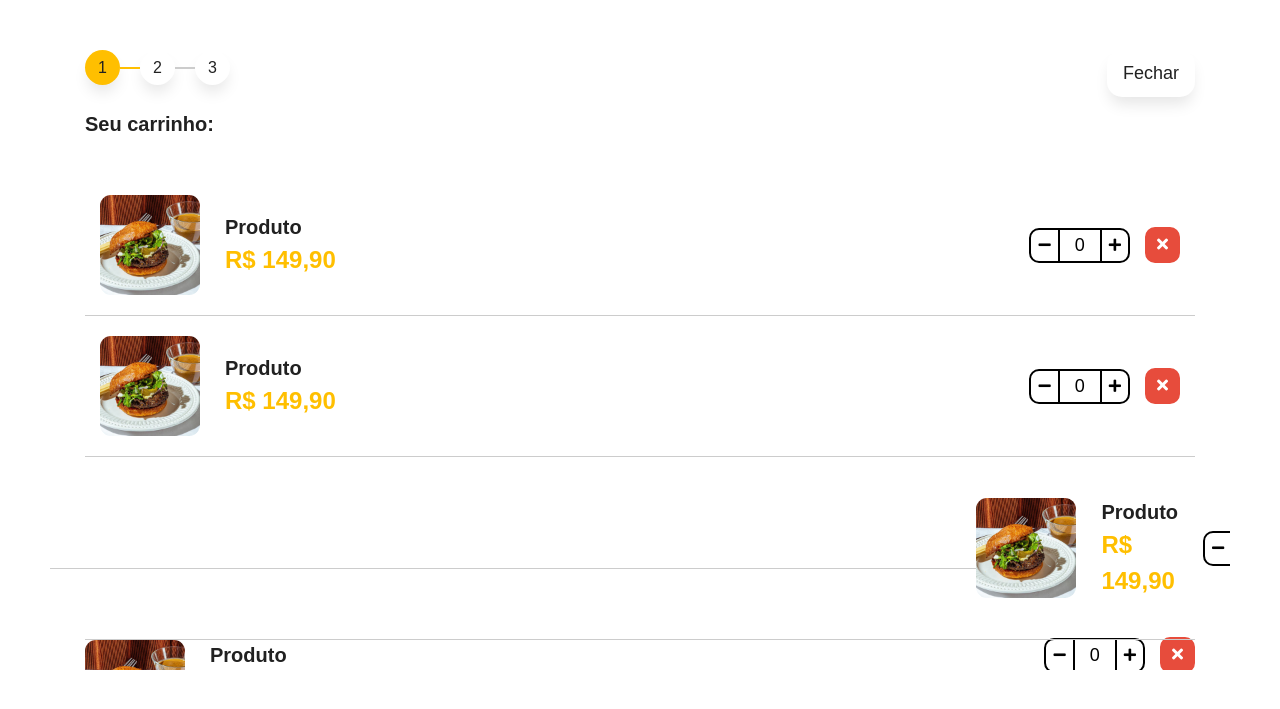
Repository: darkness318/restaraunt
Page: index.html
The author's editor kept a copy of each file at every save. The page is drawn from the files as they stood at one save, then again after the next save.
The browser window is 1280 px wide. The pictures show the window.
A layer covers the whole window, so only the first screen is drawn. An inner scrolling area shows only its first screen.

Above is the page before, as saved 2024-10-01 10:36:10.

### index.html
<!DOCTYPE html>
<html lang="pt-br">
  <head>
    <meta charset="UTF-8" />
    <meta name="viewport" content="width=device-width, initial-scale=1.0" />
    <title>Restaurente - Seja bem vindo!</title>
    <link rel="stylesheet" href="./css/bootstrap.min.css" />
    <link rel="stylesheet" href="./css/fontawesome.css" />
    <link rel="stylesheet" href="./css/main.css" />
  </head>

  <body>
    <section class="header">
      <div class="container">
        <nav class="navbar navbar-expand-lg pl-0 pr-0">
          <a class="navbar-brand" href="#">
            <img src="./img/logo.png" width="160" class="img-logo" />
          </a>
          <button
            class="navbar-toggler"
            type="button"
            data-toggle="collapse"
            data-target="#navbarNavDropdown"
          >
            <span class="navbar-toggler-icon">
              <i class="fas fa-bars"></i>
            </span>
          </button>
          <div class="collapse navbar-collapse" id="navbarNavDropdown">
            <ul class="navbar-nav ml-auto mr-auto">
              <li class="nav-item">
                <a href="#reservas" class="nav-link"><b>Reservas</b></a>
              </li>
              <li class="nav-item">
                <a href="#servicos" class="nav-link"><b>Serviços</b></a>
              </li>
              <li class="nav-item">
                <a href="#cardapio" class="nav-link"><b>Cardápio</b></a>
              </li>
              <li class="nav-item">
                <a href="#depoimentos" class="nav-link"><b>Depoimentos</b></a>
              </li>
            </ul>
            <a class="btn btn-white btn-icon">
              Meu carrinho
              <span class="icon">
                <i class="fa fa-shopping-bag"></i>
              </span>
            </a>
          </div>
        </nav>
      </div>
    </section>

    <section class="banner">
      <div class="container">
        <div class="row">
          <div class="col-6">
            <div class="d-flex text-banner">
              <h1>
                <b>Escolha sua comida <b class="color-primary">favorita.</b></b>
              </h1>
              <p>
                Aproveite nosso cardápio! Escolha o que desejar e receba em sua
                casa de forma rápida e segura.
              </p>
              <div>
                <a class="btn btn-yellow mt-4 mr-3"> Ver Cardápio </a>
                <a href="#" class="btn btn-white btn-icon-left mt-4">
                  <span class="icon-left">
                    <i class="fa fa-phone"></i>
                  </span>
                  (66) 9 9999-8888
                </a>
              </div>
            </div>
            <a class="btn btn-sm btn-white btn-social mt-4 mr-3">
              <i class="fab fa-instagram"></i>
            </a>
            <a class="btn btn-sm btn-white btn-social mt-4 mr-3">
              <i class="fab fa-facebook-f"></i>
            </a>
            <a class="btn btn-sm btn-white btn-social mt-4">
              <i class="fab fa-whatsapp"></i>
            </a>
          </div>
          <div class="col-6">
            <div class="card-banner"></div>
            <div class="d-flex img-banner">
              <img src="./img/burguer.png" />
            </div>
            <div class="card card-case">
              "Entrega rápida e funcionários simpáticos.
              <br />A comida chegou quente e <br />
              muito saborosa!"
              <span class="card-case-name">
                <b>Thiago Lopes</b>
              </span>
            </div>
          </div>
        </div>
      </div>
    </section>
    <section class="servicos" id="servicos">
      <div class="background-servicos"></div>

      <div class="container">
        <div class="class row">
          <div class="col-12 text-center mb-5">
            <span class="hint-title"><b>Serviços</b></span>
            <h1 class="title">
              <b>Como são nossos serviços?</b>
            </h1>
          </div>

          <div class="col-4 mb-5">
            <div class="card-icon text-center">
              <img src="./img/icone-pedido.svg" width="150 " />
            </div>

            <div class="card-text text-center mt-3">
              <p><b>Fácil de pedir</b></p>
              <span>
                Você só precisa de alguns passos para pedir sua comida.
              </span>
            </div>
          </div>

          <div class="col-4 mb-5">
            <div class="card-icon text-center">
              <img src="./img/icone-delivery.svg" width="250 " />
            </div>

            <div class="card-text text-center mt-3">
              <p><b>Entrega Rápida</b></p>
              <span> Nossa entrega é sempre pontual, rápida e segura. </span>
            </div>
          </div>

          <div class="col-4 mb-5">
            <div class="card-icon text-center">
              <img src="./img/icone-qualidade.svg" width="250 " />
            </div>

            <div class="card-text text-center mt-3">
              <p><b>Melhor qualidade</b></p>
              <span>
                Não só a rapidez na entrega, a qualidade também é o nosso forte.
              </span>
            </div>
          </div>
        </div>
      </div>
    </section>
    <section class="cardapio" id="cardapio">
      <div class="background-cardapio"></div>

      <div class="container">
        <div class="row">
          <div class="col-12 text-center mb-5">
            <span class="hint-title"><b>Cardápio</b></span>
            <h1 class="title">
              <b>Conheça o nosso Cardápio</b>
            </h1>
          </div>

          <div class="col-12 container-menu">
            <a class="btn btn-white btn-sm mr-3">
              <i class="fas fa-hamburger"></i>&nbsp;Burgers
            </a>
            <a class="btn btn-white btn-sm mr-3">
              <i class="fas fa-pizza-slice"></i>&nbsp;Pizzas
            </a>
            <a class="btn btn-white btn-sm mr-3">
              <i class="fas fa-drumstick-bite"></i>&nbsp;Churrasco
            </a>
            <a class="btn btn-white btn-sm mr-3">
              <i class="fas fa-bacon"></i>&nbsp;Steaks
            </a>
            <a class="btn btn-white btn-sm mr-3">
              <i class="fas fa-cocktail"></i>&nbsp;Bebidas
            </a>
            <a class="btn btn-white btn-sm mr-3">
              <i class="fas fa-ice-cream"></i>&nbsp;Sobremesas
            </a>
          </div>

          <div class="col-12">
            <div class="row" id="itensCardapio">
              <div class="col-3 mb-5">
                <div class="card card-item">
                  <div class="img-produto">
                    <img
                      src="./img/cardapio/burguers/burger-au-poivre-kit-4-pack.3ca0e39b02db753304cd185638dad518.jpg"
                    />
                  </div>
                  <p class="title-produto text-center mt-4">
                    <b>Nome do produto muito grande</b>
                  </p>
                  <p class="price-produto text-center">
                    <b>R$ 154,90</b>
                  </p>

                  <div class="add-carrinho">
                    <span class="btn-menos"><i class="fas fa-minus"></i></span>
                    <span class="btn-numero-itens">0</span>
                    <span class="btn-mais"><i class="fas fa-plus"></i></span>
                    <span class="btn btn-add"
                      ><i class="fa fa-shopping-bag"></i
                    ></span>
                  </div>
                </div>
              </div>

              <div class="col-3 mb-5">
                <div class="card card-item">
                  <div class="img-produto">
                    <img
                      src="./img/cardapio/burguers/burger-au-poivre-kit-4-pack.3ca0e39b02db753304cd185638dad518.jpg"
                    />
                  </div>
                  <p class="title-produto text-center mt-4">
                    <b>Nome do produto muito grande</b>
                  </p>
                  <p class="price-produto text-center">
                    <b>R$ 154,90</b>
                  </p>

                  <div class="add-carrinho">
                    <span class="btn-menos"><i class="fas fa-minus"></i></span>
                    <span class="btn-numero-itens">0</span>
                    <span class="btn-mais"><i class="fas fa-plus"></i></span>
                    <span class="btn btn-add"
                      ><i class="fa fa-shopping-bag"></i
                    ></span>
                  </div>
                </div>
              </div>

              <div class="col-3 mb-5">
                <div class="card card-item">
                  <div class="img-produto">
                    <img
                      src="./img/cardapio/burguers/burger-au-poivre-kit-4-pack.3ca0e39b02db753304cd185638dad518.jpg"
                    />
                  </div>
                  <p class="title-produto text-center mt-4">
                    <b>Nome do produto muito grande</b>
                  </p>
                  <p class="price-produto text-center">
                    <b>R$ 154,90</b>
                  </p>

                  <div class="add-carrinho">
                    <span class="btn-menos"><i class="fas fa-minus"></i></span>
                    <span class="btn-numero-itens">0</span>
                    <span class="btn-mais"><i class="fas fa-plus"></i></span>
                    <span class="btn btn-add"
                      ><i class="fa fa-shopping-bag"></i
                    ></span>
                  </div>
                </div>
              </div>

              <div class="col-3 mb-5">
                <div class="card card-item">
                  <div class="img-produto">
                    <img
                      src="./img/cardapio/burguers/burger-au-poivre-kit-4-pack.3ca0e39b02db753304cd185638dad518.jpg"
                    />
                  </div>
                  <p class="title-produto text-center mt-4">
                    <b>Nome do produto muito grande</b>
                  </p>
                  <p class="price-produto text-center">
                    <b>R$ 154,90</b>
                  </p>

                  <div class="add-carrinho">
                    <span class="btn-menos"><i class="fas fa-minus"></i></span>
                    <span class="btn-numero-itens">0</span>
                    <span class="btn-mais"><i class="fas fa-plus"></i></span>
                    <span class="btn btn-add"
                      ><i class="fa fa-shopping-bag"></i
                    ></span>
                  </div>
                </div>
              </div>
            </div>
          </div>
          <div class="col-12 text-center">
            <a class="btn btn-white btn-sm">Ver mais</a>
          </div>
        </div>
      </div>
    </section>
    <section class="depoimentos" id="depoimentos">
      <div class="background-depoimentos"></div>
      <div class="container">
        <div class="row">
          <div class="col-5 text-center">
            <div class="card-depoimentos"></div>
            <div class="d-flex img-banner">
              <img src="./img/pizzas.png" />
            </div>
          </div>

          <div class="col-7">
            <span class="hint-title"><b>Depoimentos</b></span>
            <h1 class="title">
              <b>O que dizem sobre nós</b>
            </h1>
            <div class="mb-5">
              <div class="depoimento" id="depoimento-1">
                <div class="container-dados-depoimento">
                  <div class="imagem-depoimento"></div>
                  <div>
                    <p class="nome-depoimento"><b>Diego Pereira</b></p>
                    <p class="nota-depoimento">
                      <i class="fas fa-star"></i>
                      <i class="fas fa-star"></i>
                      <i class="fas fa-star"></i>
                      <i class="fas fa-star"></i>
                      <i class="fas fa-star-half-alt"></i>&nbsp;
                      <span>4.5</span>
                    </p>
                  </div>
                </div>
                <p class="texto-depoimento">
                  <i class="fas fa-quote-left"></i>
                  <span>
                    Muito bom, recomendo demais! Comida muito bem feita pelo
                    chefe, atendimento dentro dos parâmetros e boa comunicação
                    com o cliente.
                  </span>
                  <i class="fas fa-quote-right"></i>
                </p>
              </div>

              <div class="depoimento hidden" id="depoimento-2">
                <div class="container-dados-depoimento">
                  <div class="imagem-depoimento"></div>
                  <div>
                    <p class="nome-depoimento"><b>Ana Beatriz</b></p>
                    <p class="nota-depoimento">
                      <i class="fas fa-star"></i>
                      <i class="fas fa-star"></i>
                      <i class="fas fa-star"></i>
                      <i class="fas fa-star"></i>
                      <i class="fas fa-star"></i>&nbsp; <span>5.0</span>
                    </p>
                  </div>
                </div>
                <p class="texto-depoimento">
                  <i class="fas fa-quote-left"></i>
                  <span>
                    Um jantar perfeito do começo ao fim. Comida, experiência,
                    serviço... foi tão maravilhoso que fomos dois dias seguidos
                    - fato inédito para mim em uma viagem.
                  </span>
                  <i class="fas fa-quote-right"></i>
                </p>
              </div>

              <div class="depoimento hidden" id="depoimento-3">
                <div class="container-dados-depoimento">
                  <div class="imagem-depoimento"></div>
                  <div>
                    <p class="nome-depoimento"><b>João Guilherme</b></p>
                    <p class="nota-depoimento">
                      <i class="fas fa-star"></i>
                      <i class="fas fa-star"></i>
                      <i class="fas fa-star"></i>
                      <i class="fas fa-star"></i>
                      <i class="far fa-star"></i>&nbsp; <span>4.0</span>
                    </p>
                  </div>
                </div>
                <p class="texto-depoimento">
                  <i class="fas fa-quote-left"></i>
                  <span>
                    A comida estava excelente e o serviço gentil nos
                    surpreendeu! Dica: reserve umas 3 horas para ter uma
                    experiência incrível.
                  </span>
                  <i class="fas fa-quote-right"></i>
                </p>
              </div>
            </div>

            <a class="btn btn-sm btn-white btn-social mr-3 active">1</a>
            <a class="btn btn-sm btn-white btn-social mr-3">2</a>
            <a class="btn btn-sm btn-white btn-social">3</a>
          </div>
        </div>
      </div>
    </section>
    <section class="reserva" id="reserva">
      <div class="container">
        <div class="row">
          <div class="col-12">
            <div class="card-secondary">
              <div class="row">
                <div class="col-7">
                  <span class="hint-title"><b>Reserva</b></span>
                  <h1 class="title">
                    <b>Quer reservar um horário?</b>
                  </h1>
                  <p class="pr-5">
                    Mande uma mensagem clicando no botão abaixo
                    <br />
                    Reserve sua data e horário de forma simples e rápida.
                  </p>
                  <a class="btn btn-yellow mt-4"> Fazer reserva </a>
                </div>

                <div class="col-5">
                  <div class="card-reserva"></div>
                  <div class="d-flex img-banner">
                    <img src="./img/icone-reserva.svg" />
                  </div>
                </div>
              </div>
            </div>
          </div>
        </div>
      </div>
    </section>

    <section class="footer">
      <div class="container">
        <div class="row">
          <div class="col-3 container-logo-footer">
            <img class="logo-footer" src="./img/logo.png" />
          </div>

          <div class="col-6 container-texto-footer">
            <p class="mb-0">
              <b>Menu On-line</b> &copy; Todos os direitos reservados
            </p>
          </div>

          <div class="col-3 container-redes-footer">
            <a class="btn btn-sm btn-white btn-social mr-3">
              <i class="fab fa-instagram"></i>
            </a>
            <a class="btn btn-sm btn-white btn-social mr-3">
              <i class="fab fa-facebook-f"></i>
            </a>
            <a class="btn btn-sm btn-white btn-social">
              <i class="fab fa-whatsapp"></i>
            </a>
          </div>
        </div>
      </div>
    </section>

    <div class="modal-full" id="modalCarrinho">
      <div class="m-header">
        <div class="container">
          <a class="btn btn-white btn-sm float-right"> Fechar </a>

          <div class="etapas">
            <div class="etapa etapa1 active">1</div>
            <div class="etapa etapa2">2</div>
            <div class="etapa etapa3">3</div>
          </div>
          <p class="title-carrinho mt-4">
            <b id="lblTituloEtapa">Seu carrinho:</b>
          </p>
        </div>
      </div>

      <div class="m-body">
        <div class="container">
          <div id="itensCarrinho" class="row mr-0 ml-0">
            <div class="col-12 item-carrinho">
              <div class="img-produto">
                <img
                  src="./img/cardapio/burguers/burger-au-poivre-kit-4-pack.3ca0e39b02db753304cd185638dad518.jpg"
                />
              </div>
              <div class="dados-produto">
                <p class="title-produto"><b>Produto</b></p>
                <p class="price-produto"><b>R$ 149,90</b></p>
              </div>
              <div class="add-carrinho">
                <span class="btn-menos"><i class="fas fa-minus"></i></span>
                <span class="btn-numero-itens">0</span>
                <span class="btn-mais"><i class="fas fa-plus"></i></span>
                <span class="btn btn-remove"><i class="fa fa-times"></i></span>
              </div>
            </div>
            <!-- segundo item do carrinho   -->
            <div class="col-12 item-carrinho">
              <div class="img-produto">
                <img
                  src="./img/cardapio/burguers/burger-au-poivre-kit-4-pack.3ca0e39b02db753304cd185638dad518.jpg"
                />
              </div>
              <div class="dados-produto">
                <p class="title-produto"><b>Produto</b></p>
                <p class="price-produto"><b>R$ 149,90</b></p>
              </div>
              <div class="add-carrinho">
                <span class="btn-menos"><i class="fas fa-minus"></i></span>
                <span class="btn-numero-itens">0</span>
                <span class="btn-mais"><i class="fas fa-plus"></i></span>
                <span class="btn btn-remove"><i class="fa fa-times"></i></span>
              </div>
            </div>

            <div class="col-12 item-carrinho">
              <div class="col-12 item-carrinho">
                <div class="col-12 item-carrinho"></div>
              <div class="img-produto">
                <img
                  src="./img/cardapio/burguers/burger-au-poivre-kit-4-pack.3ca0e39b02db753304cd185638dad518.jpg"
                />
              </div>
              <div class="dados-produto">
                <p class="title-produto"><b>Produto</b></p>
                <p class="price-produto"><b>R$ 149,90</b></p>
              </div>
              <div class="add-carrinho">
                <span class="btn-menos"><i class="fas fa-minus"></i></span>
                <span class="btn-numero-itens">0</span>
                <span class="btn-mais"><i class="fas fa-plus"></i></span>
                <span class="btn btn-remove"><i class="fa fa-times"></i></span>
              </div>
            </div>
              </div>
              <div class="img-produto">
                <img
                  src="./img/cardapio/burguers/burger-au-poivre-kit-4-pack.3ca0e39b02db753304cd185638dad518.jpg"
                />
              </div>
              <div class="dados-produto">
                <p class="title-produto"><b>Produto</b></p>
                <p class="price-produto"><b>R$ 149,90</b></p>
              </div>
              <div class="add-carrinho">
                <span class="btn-menos"><i class="fas fa-minus"></i></span>
                <span class="btn-numero-itens">0</span>
                <span class="btn-mais"><i class="fas fa-plus"></i></span>
                <span class="btn btn-remove"><i class="fa fa-times"></i></span>
              </div>
            </div>
            </div>
              <div class="img-produto">
                <img
                  src="./img/cardapio/burguers/burger-au-poivre-kit-4-pack.3ca0e39b02db753304cd185638dad518.jpg"
                />
              </div>
              <div class="dados-produto">
                <p class="title-produto"><b>Produto</b></p>
                <p class="price-produto"><b>R$ 149,90</b></p>
              </div>
              <div class="add-carrinho">
                <span class="btn-menos"><i class="fas fa-minus"></i></span>
                <span class="btn-numero-itens">0</span>
                <span class="btn-mais"><i class="fas fa-plus"></i></span>
                <span class="btn btn-remove"><i class="fa fa-times"></i></span>
              </div>
            </div>
          </div>

          <div id="localEntrega" class="row mr-0 ml-0 hidden"></div>

          <div id="resumoCarrinho" class="row mr-0 ml-0 hidden"></div>
        </div>
      </div>

      <div class="m-footer">
        <div class="container">
          <div class="container-total text-right mb-4 ">
            <p class="mb-0">
              <span>Subtotal</span>
              <span id="lblSubtotal">R$ 103,00</span>
            </p>
            <p class="mb-0 texto-entrega">
              <span><i class="fas fa-motorcycle"></i>Entrega:</span>
              <span id="lblValorEntrega">R$ 5,00</span>
            </p>
            <p class="mb-0 texto-total"></p>
              <span><b>Total:</b></span>
              <span class="valor-total" id="lblValorTotal"><b>R$ 108,00</b></span>
            </p>
          </div>
          <a class="btn btn-yellow float-right" id="btnEtapaPedido">Continuar</a>
          <a class="btn btn-yellow float-right hidden" id="btnEtapaEndereco">Revisar Pediro</a>
          <a class="btn btn-yellow float-right hidden" id="btnEtapaResumo">EnviarPedido</a>
          <a class="btn btn-white float-right mr-3" id="btnEtapaResumo">Voltar</a>
        </div>
      </div>
    </div>

    <script type="text/javascript" src="./js/jquery-1.12.4.min.js"></script>
    <script type="text/javascript" src="./js/modernizr-3.5.0.min.js"></script>
    <script type="text/javascript" src="./js/bootstrap.min.js"></script>
    <script type="text/javascript" src="./js/popper.min.js"></script>
  </body>
</html>

Loaded but not shown: css/bootstrap.min.css (library); css/fontawesome.css (library); js/jquery-1.12.4.min.js (library); js/modernizr-3.5.0.min.js (library); js/bootstrap.min.js (library); js/popper.min.js (library); css/main.css (621 lines, source omitted)

After the next save:
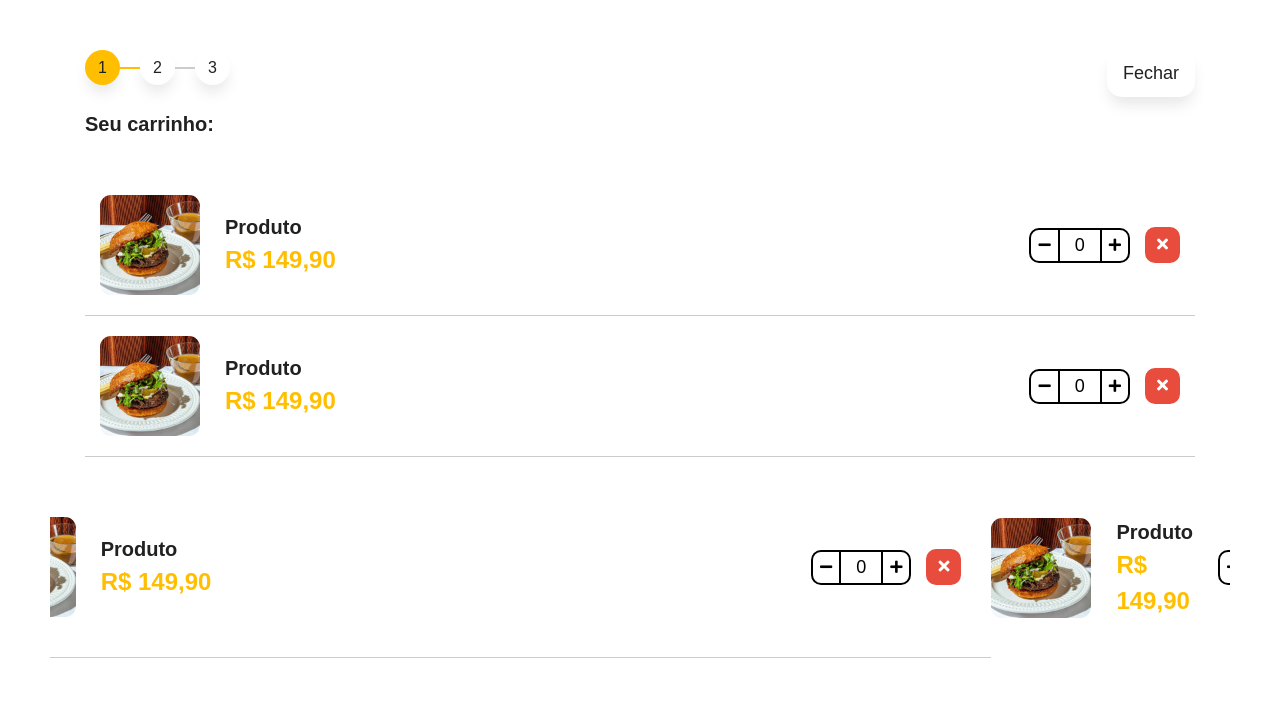
Saved 3 s later.
--- a/index.html
+++ b/index.html
@@ -512,7 +512,7 @@
 
             <div class="col-12 item-carrinho">
               <div class="col-12 item-carrinho">
-                <div class="col-12 item-carrinho"></div>
+                <div class="col-12 item-carrinho">/div>
               <div class="img-produto">
                 <img
                   src="./img/cardapio/burguers/burger-au-poivre-kit-4-pack.3ca0e39b02db753304cd185638dad518.jpg"
